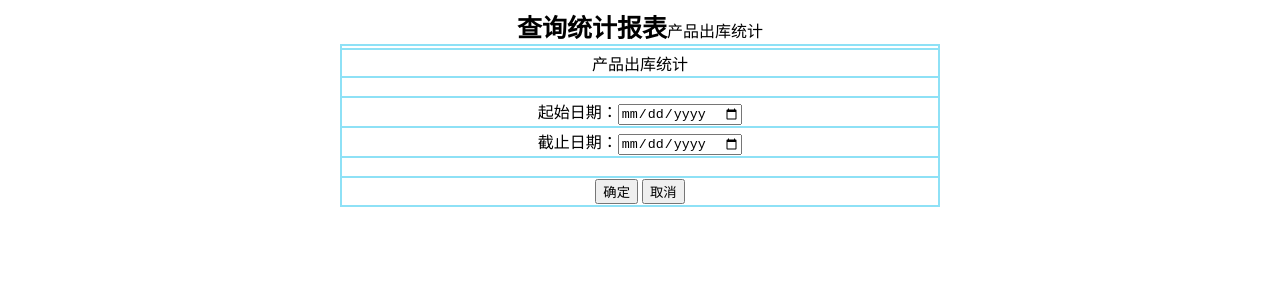
Repository: yuxingyan/OneCrewFlour
Page: http://localhost/Flour/inquireoutstore.jsp
The author's editor kept a copy of each file at every save. The page is drawn from the files as they stood at one save, then again after the next save.
The browser window is 1280 px wide. The pictures show the whole page.
The page is served by Tomcat 9. Nobody is signed in. The application's start-up code is not run. Other server files are loaded and not shown.

Above is the page before, as saved 2018-01-11 07:10:18.

### Flour/WebRoot/inquireoutstore.jsp
<%@ page language="java" import="java.util.*" pageEncoding="utf-8"%>
<%
String path = request.getContextPath();
String basePath = request.getScheme()+"://"+request.getServerName()+":"+request.getServerPort()+path+"/";
%>

<!DOCTYPE HTML PUBLIC "-//W3C//DTD HTML 4.01 Transitional//EN">
<html>
  <head>
    <base href="<%=basePath%>">

    <title>My JSP 'inquireoutstore.jsp' starting page</title>

	<meta http-equiv="pragma" content="no-cache">
	<meta http-equiv="cache-control" content="no-cache">
	<meta http-equiv="expires" content="0">
	<meta http-equiv="keywords" content="keyword1,keyword2,keyword3">
	<meta http-equiv="description" content="This is my page">
	<!--
	<link rel="stylesheet" type="text/css" href="styles.css">
	-->
	<script language="javascript" type="text/javascript">
 function Check(){

   var n1=document.getElementById("date1").value;
   var n2=document.getElementById("date2").value;

      var erroring="";

      if(n1==""||n1==null){
        erroring+="请输入起始日期!"+'\n';
  }
 if(n2==""||n2==null){
     erroring+="请输入截止日期!"+'\n';
  }

  if(erroring.length!=0){
  alert(erroring);
  return false;


  }else{

     document.form1.submit();

  }
}
</script>
  </head>

  <body>
    <center>
       <form  name="form1" id="form1" action="inquiremanagestore" method="post">
    <strong style="font-size:25px">查询统计报表</strong>产品出库统计
     <table border="1" width="600" cellspacing="0" bordercolor="#8EE1F6">
    <tr><td colspan="10" ></td></tr>
    <tr height="20px"><td align="center" colspan="4" >产品出库统计</td></tr>
    <tr height="20px"><td align="center" colspan="4" ></td></tr>
    <tr height="20px"><td align="center" colspan="4" >起始日期：<input type="date" name="startdate" id="date1" /></td>
    </tr>
    <tr height="20px"><td align="center" colspan="4" >截止日期：<input type="date" name="endstart" id="date2"/></td>
    </tr>
    <tr height="20px"><td align="center" colspan="4" ></td></tr>
    <tr><td align="center" colspan="10" >
      <input type="button" value="确定" onclick="Check();">
      <button type="button">取消</button>
    </td>
    </tr>
    </table>
    </form>
    </center>
  </body>
</html>

After the next save:
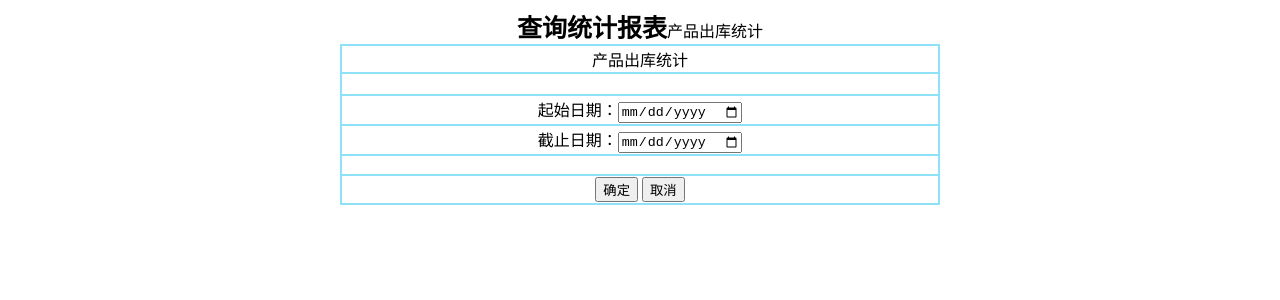
Saved 9 s later.
--- a/Flour/WebRoot/inquireoutstore.jsp
+++ b/Flour/WebRoot/inquireoutstore.jsp
@@ -53,9 +53,9 @@ String basePath = request.getScheme()+"://"+request.getServerName()+":"+request.
        <form  name="form1" id="form1" action="inquiremanagestore" method="post">
     <strong style="font-size:25px">查询统计报表</strong>产品出库统计
      <table border="1" width="600" cellspacing="0" bordercolor="#8EE1F6">
-    <tr><td colspan="10" ></td></tr>
+
     <tr height="20px"><td align="center" colspan="4" >产品出库统计</td></tr>
-    <tr height="20px"><td align="center" colspan="4" ></td></tr>
+    <tr height="20px"><td align="center" colspan="4" >&nbsp</td></tr>
     <tr height="20px"><td align="center" colspan="4" >起始日期：<input type="date" name="startdate" id="date1" /></td>
     </tr>
     <tr height="20px"><td align="center" colspan="4" >截止日期：<input type="date" name="endstart" id="date2"/></td>
